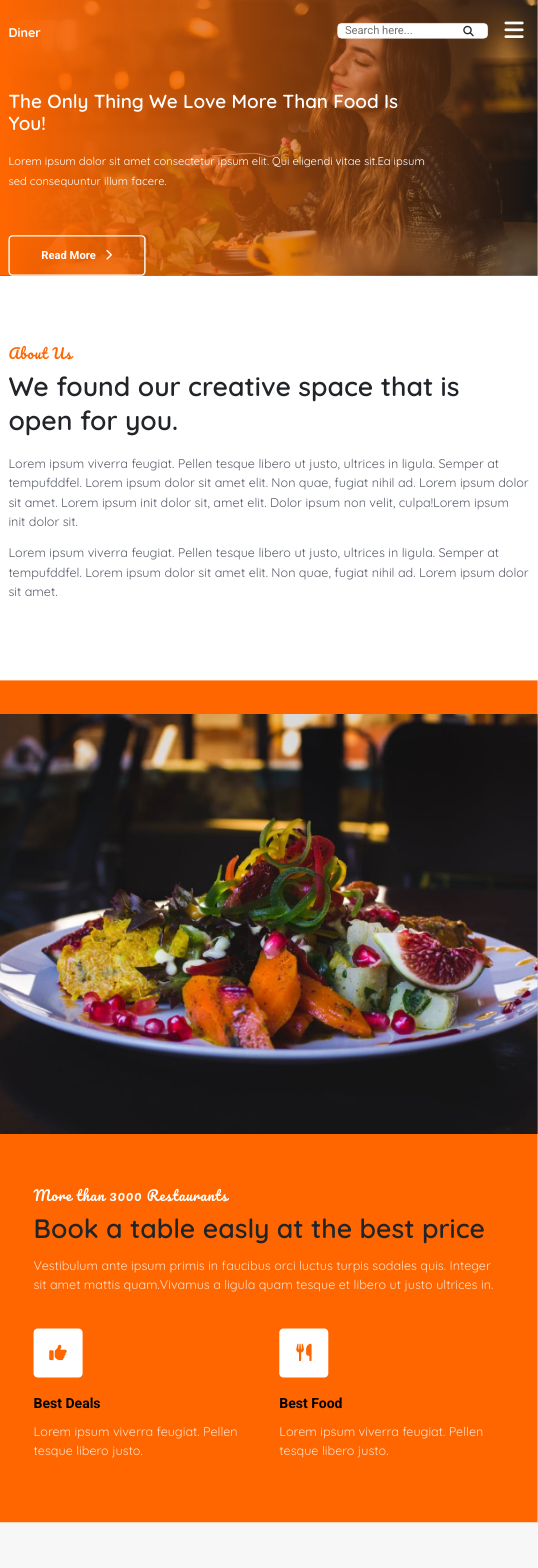
Repository: minhtrivu6199/Diner
Page: index.html
The author's editor kept a copy of each file at every save. The page is drawn from the files as they stood at one save, then again after the next save.
The browser window is 768 px wide. The pictures show the part of the page from y = 0 to 2240 px (the page is 4979 px tall before and 5085 px after), at 70% of full size.
Backgrounds fixed to the window are drawn as part of the page. The style sheet was rebuilt from its Sass, Less or Tailwind sources for each picture, by a compiler version that may differ from the author's.

Above is the page before, as saved 2022-10-12 12:23:18.

After the next save:
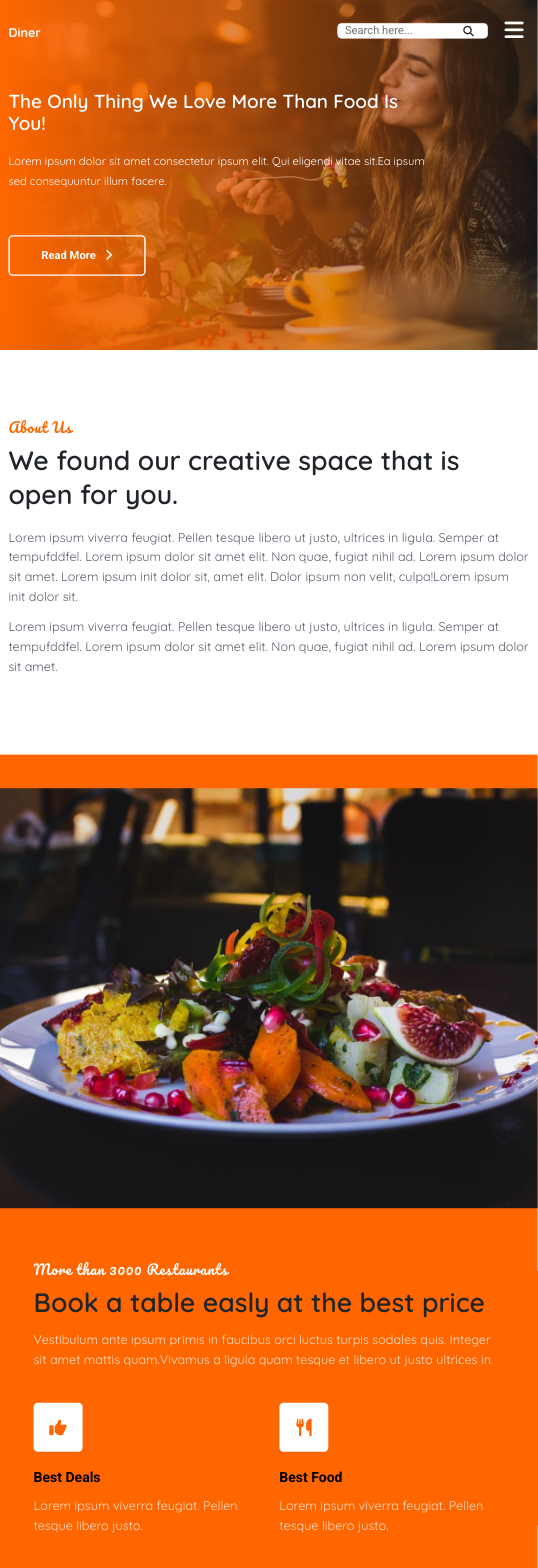
Saved 29 s later.
--- a/scss/style.scss
+++ b/scss/style.scss
@@ -100,7 +100,7 @@
   }
   @media only screen and (max-width: 768px) {
     & {
-      min-height: 350px;
+      min-height: 500px;
       .container {
         .banner-header {
           padding: 20px 0 10px 0;
